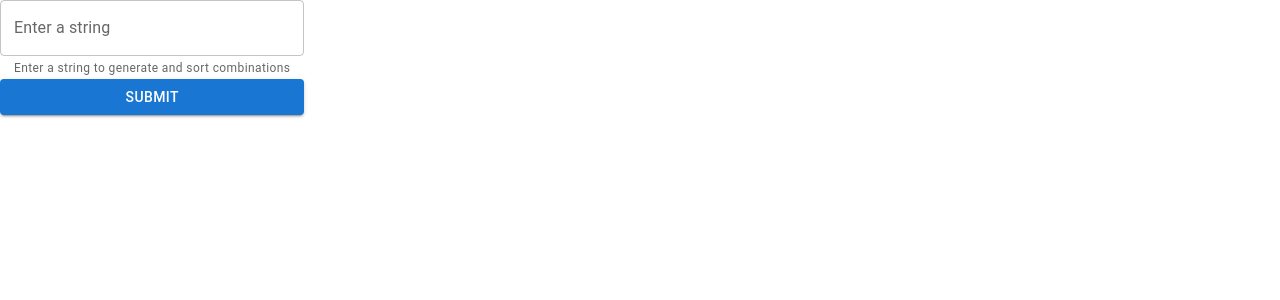
Repository: zfranke/WordScramble-Web
Page: / (app in wordscrambler-web/)
The author's editor kept a copy of each file at every save. The page is drawn from the files as they stood at one save, then again after the next save.
The browser window is 1280 px wide. The pictures show the whole page.
The project was rebuilt for these pictures with package versions that can differ from the ones it lists, and the page was loaded fresh each time.

Above is the page before, as saved 2022-12-27 11:58:53.

After the next save:
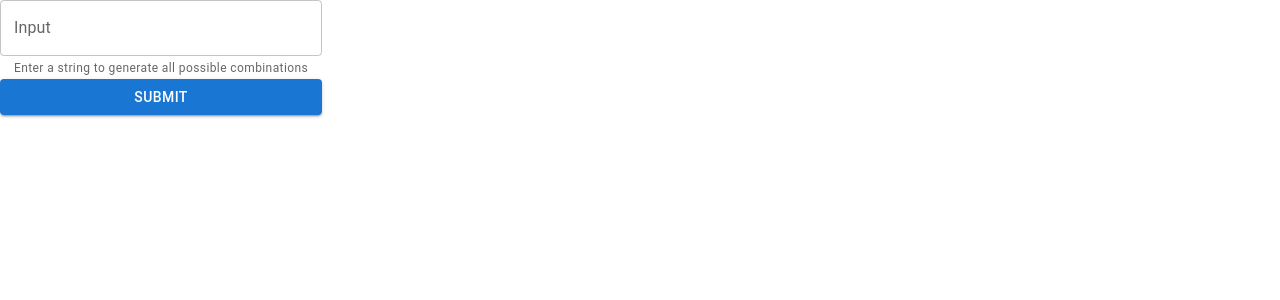
Saved 116 s later.
--- a/wordscrambler-web/src/App.js
+++ b/wordscrambler-web/src/App.js
@@ -39,26 +39,27 @@ function App() {
   }
 
   return (
-    <form onSubmit={handleSubmit}>
-      <FormControl>
-        <TextField
-          label="Enter a string"
-          value={input}
-          onChange={handleChange}
-        />
-        <FormHelperText>Enter a string to generate and sort combinations</FormHelperText>
-        <Button type="submit" variant="contained" color="primary">
-          Submit
-        </Button>
-      </FormControl>
-      {combinations.length > 0 && (
-        <List>
-          {combinations.map((combination, index) => (
-            <ListItem key={index}>{combination}</ListItem>
-          ))}
-        </List>
-      )}
-    </form>
+    //Create a centered input form with a output grid
+    <div className="App">
+      <form onSubmit={handleSubmit}>
+        <FormControl>
+          <TextField
+            id="input"
+            label="Input"
+            value={input}
+            onChange={handleChange}
+            helperText="Enter a string to generate all possible combinations"
+          />
+          <Button type="submit" variant="contained">Submit</Button>
+        </FormControl>
+      </form>
+      <List>
+        {combinations.map((combination, index) => (
+          <ListItem key={index}>{combination}</ListItem>
+        ))}
+      </List>
+    </div>
+
   );
 }
 
